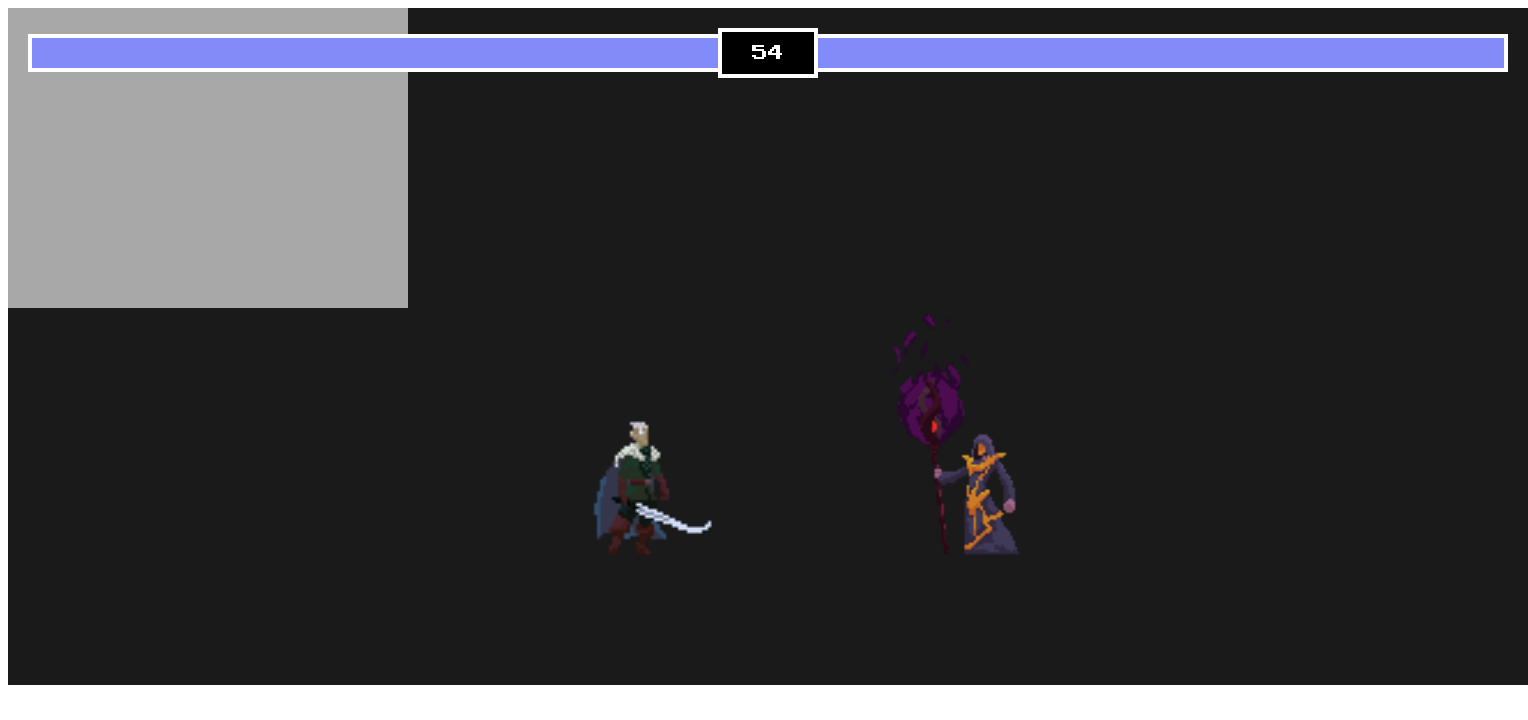
Repository: Gaurav31052/Fighting-game
Page: index.html
The author's editor kept a copy of each file at every save. The page is drawn from the files as they stood at one save, then again after the next save.
The browser window is 1280 px wide. The page is 1528 px wide, so the pictures cover 1528 px, including what lies to the right of the window. The pictures show the whole page.
Some web libraries are served in a nearby version.

Above is the page before, as saved 2024-05-30 22:02:48.

### index.html
<head>
    <link rel="preconnect" href="https://fonts.googleapis.com">
    <link rel="preconnect" href="https://fonts.gstatic.com" crossorigin>
    <link href="https://fonts.googleapis.com/css2?family=Press+Start+2P&display=swap" rel="stylesheet">
    <style>
        * {
            box-sizing: border-box;
            font-family: "Press Start 2P", system-ui;
        }

            @keyframes fadeIn {
                from { opacity: 0; }
                to { opacity: 1; }
            }

    </style>
</head>

<body>
    <!-- red container div -->
    <div style="position: relative; display: inline-block;">
        <!-- smaller red container div -->
        <div style="position: absolute; display: flex; align-items: center; width: 100%; padding: 20px;">
            <!-- player health -->
            <div style="position: relative; width: 100%; display: flex; justify-content: flex-end;
            border-top: 4px solid white;
            border-bottom: 4px solid white;
            border-left: 4px solid white;

            ">
                <div style="background-color: red; height: 30px; width: 100%;"></div>
                <div id="playerHealth"
                    style="position: absolute; background: #818CF8; top: 0; right: 0; bottom: 0; width: 100%;"></div>
            </div>
            <!-- timer -->
            <div id="timer"
                style="background-color: black; width: 100px; height: 50px; flex-shrink: 0; display: flex; align-items: center; justify-content: center; color: white; border: 4px solid white">
                10
            </div>
            <!-- enemy health -->
            <div style="position: relative;  width: 100%; border-top: 4px solid white;
            border-bottom: 4px solid white;
            border-right: 4px solid white;">
                <div style="background-color: red; height: 30px;"></div>
                <div id="enemyHealth"
                    style="position: absolute; background: #818CF8; top: 0; right: 0; bottom: 0; left: 0;"></div>
            </div>
        </div>
        <div id="displayText" style="position: absolute; color: white; display: flex; align-items: center; justify-content: center; top: 0;
        right: 0; left: 0; bottom: 260; font-size: 33px; display: none;">tie</div>
        <div id="displayText2" style="position: absolute; color: white; display: flex; align-items: center; justify-content: center; top: 0;
        right: 0; left: 0; bottom: 160; font-size: 30px; display: none; opacity: 0; animation: fadeIn 5s forwards; "></div>
        <div style="position: absolute; color: white; display: flex; align-items: center; justify-content: center; top: 0;
        right: 0; left: 0; bottom: 160; font-size: 30px; display: none; opacity: 0;  ">
        <div id="displayText3" style="position: absolute; color: white;  align-items: center; justify-content: center; top: 0;
        right: 0; left: 0; bottom: 160; font-size: 30px; display: none; opacity: 0;  "><button onclick=""><img src="./img/replay.png" alt="reply"></button></div>
        </div>
        <canvas id="canvas"></canvas>

    </div>

<!-- <script src="//cdnjs.cloudflare.com/ajax/libs/annyang/2.6.1/annyang.min.js"></script> -->
    <script src="https://cdnjs.cloudflare.com/ajax/libs/gsap/3.9.1/gsap.min.js"
        integrity="sha512-H6cPm97FAsgIKmlBA4s774vqoN24V5gSQL4yBTDOY2su2DeXZVhQPxFK4P6GPdnZqM9fg1G3cMv5wD7e6cFLZQ=="
        crossorigin="anonymous" referrerpolicy="no-referrer"></script>
    <script src="JS/utils.js"></script>
    <script src="JS/classes.js"></script>
    <script src="game.js"></script>

</body>

### JS/utils.js
function rectangularCollision({ rectangle1, rectangle2 }) {
    return (rectangle1.attackBox.position.x + rectangle1.attackBox.width >= rectangle2.position.x && rectangle1.attackBox.position.x <= rectangle2.position.x + rectangle2.width && rectangle1.attackBox.position.y + rectangle1.attackBox.height >= rectangle2.position.y && rectangle1.attackBox.position.y <= rectangle2.position.y + rectangle2.height)
}

function determineWinner({ player, enemy, timerId }) {
    clearTimeout(timerId)
    document.querySelector('#displayText').style.display = 'flex'
    document.querySelector('#displayText2').style.display = 'flex'
    if (player.health === enemy.health) {
        game_sound.pause();
        draw.loop=true;
        draw.play();
        document.querySelector('#displayText').innerHTML = 'Tie'
        document.querySelector('#displayText2').innerHTML = 'Last Fight'
    }
    else if (player.health > enemy.health) {
        game_sound.pause();
        winning.play()
        document.querySelector('#displayText').innerHTML = 'Player-1 Wins!'
        document.querySelector('#displayText2').innerHTML = 'Last Fight'
    }
    else if (player.health < enemy.health) {
        game_sound.pause();
        winning.play()
        document.querySelector('#displayText').innerHTML = 'Player-2 Wins!'
        document.querySelector('#displayText2').innerHTML = 'Last Fight'
    }
}

let timer = 60;
let timerId
function decreaseTimer() {
    if (timer > 0) {
        timerId = setTimeout(decreaseTimer, 1000)
        timer--
        document.querySelector('#timer').innerHTML = timer;
    }
    if (timer == 0) {
        determineWinner({ player, enemy, timerId })
    }
}


var draw =new Audio("./audio/tie_bgm.mp3");
var winning =new Audio("./audio/winning audio.mp3");

### JS/classes.js
class Sprite {
    constructor({ position, imageSrc, scale = 1, frameMax = 1, offset = { x: 0, y: 0 } }) {
        this.position = position;
        this.width = 50
        this.height = 150
        this.image = new Image()
        this.image.src = imageSrc
        this.scale = scale
        this.frameMax = frameMax
        this.frameCurrent = 0
        this.frameElapsed = 0
        this.frameHold = 5
        this.offset = offset
    }
    draw() {

        c.drawImage(this.image, this.frameCurrent * (this.image.width / this.frameMax), 0, this.image.width / this.frameMax, this.image.height,

            this.position.x - this.offset.x, this.position.y - this.offset.y, (this.image.width / this.frameMax) * this.scale, this.image.height * this.scale)
    }

    animateFrame() {
        this.frameElapsed++
        if (this.frameElapsed % this.frameHold === 0) {
            if (this.frameCurrent < this.frameMax - 1) {

                this.frameCurrent++
            }
            else {
                this.frameCurrent = 0
            }
        }
    }

    update() {
        this.draw()
        this.animateFrame()
    }
}




class Fighter extends Sprite {
    constructor({ position, velocity, color = 'red', imageSrc, scale = 1, frameMax = 1, offset = { x: 0, y: 0 }, sprites,attackBox ={offset: {}, width: undefined, height: undefined} }) {
        super({
            position,
            imageSrc,
            frameMax,
            scale,
            offset
        })

        this.velocity = velocity;
        this.width = 50
        this.height = 150
        this.lastkey
        this.attackBox = {
            position: {
                x: this.position.x,
                y: this.position.y
            },
            offset: attackBox.offset,
            width: attackBox.width,
            height: attackBox.height
        }
        this.color = color
        this.isAttacking
        this.health = 100
        this.frameCurrent = 0
        this.frameElapsed = 0
        this.frameHold = 5
        this.sprites =sprites
        this.dead = false

        for(const sprite in this.sprites){
            sprites[sprite].image =new Image()
            sprites[sprite].image.src= sprites[sprite].imageSrc
        }

    }
    // draw() {
    //     c.fillStyle = this.color
    //     c.fillRect(this.position.x, this.position.y, this.width, this.height)

    //     // attack box
    //     if (this.isAttacking) {
    //         c.fillStyle = 'green'
    //         c.fillRect(this.attackBox.position.x, this.attackBox.position.y, this.attackBox.width, this.attackBox.height)
    //     }
    // }
    update() {
        this.draw()
        if(!this.dead)
        this.animateFrame()


// attack boxes
        this.attackBox.position.x = this.position.x + this.attackBox.offset.x
        this.attackBox.position.y = this.position.y + this.attackBox.offset.y

        // draw the attack box
        // c.fillRect(this.attackBox.position.x, this.attackBox.position.y, this.attackBox.width, this.attackBox.height)

        this.position.y += this.velocity.y
        this.position.x += this.velocity.x

        //gravity function
        if (this.position.y + this.height + this.velocity.y >= canvas.height-200) {
            this.velocity.y = 0
            this.position.y = 400
        }
        else {
            this.velocity.y += gravity
        }

    }
    attack() {
        this.switchSprite('attack1')
        this.isAttacking = true

    }

    takeHit(){
        this.health -= 5

        if(this.health <= 0){
            this.switchSprite('death')
        }
        else{
            this.switchSprite('takeHit')
        }
    }

    switchSprite(sprite){
        if(this.image === this.sprites.death.image) {
            if(this.frameCurrent=== this.sprites.death.frameMax-1) this.dead = true
            return}
        // overriding all other animations with the attack animations
        if(this.image === this.sprites.attack1.image && this.frameCurrent < this.sprites.attack1.frameMax -1) return

        // override when fighter gets hit
        if(this.image === this.sprites.takeHit.image && this.frameCurrent < this.sprites.takeHit.frameMax -1) return

        switch (sprite) {
            case 'idle':
                if(this.image!= this.sprites.idle.image){
                this.image=this.sprites.idle.image
                this.frameMax = this.sprites.idle.frameMax
                this.frameCurrent = 0
        }
                break;
            case 'run':
            if(this.image!= this.sprites.run.image){
            this.image=this.sprites.run.image
            this.frameMax = this.sprites.run.frameMax
            this.frameCurrent = 0
        }
                break;
            case 'jump':
                if(this.image!= this.sprites.jump.image){
                this.image =this.sprites.jump.image
                this.frameMax = this.sprites.jump.frameMax
                this.frameCurrent = 0
                }
                break;
            case 'fall':
                if(this.image!= this.sprites.fall.image){
                this.image =this.sprites.fall.image
                this.frameMax = this.sprites.fall.frameMax
                this.frameCurrent = 0
                }
                break;
            case 'attack1':
                if(this.image!= this.sprites.attack1.image){
                this.image =this.sprites.attack1.image
                this.frameMax = this.sprites.attack1.frameMax
                this.frameCurrent = 0
                }
                break;
            case 'takeHit':
                if(this.image!= this.sprites.takeHit.image){
                this.image =this.sprites.takeHit.image
                this.frameMax = this.sprites.takeHit.frameMax
                this.frameCurrent = 0
                }
                break;
            case 'death':
                if(this.image!= this.sprites.death.image){
                this.image =this.sprites.death.image
                this.frameMax = this.sprites.death.frameMax
                this.frameCurrent = 0
                }

                break;

        }
    }
}

### game.js
const canvas = document.getElementById('canvas');
const c = canvas.getContext('2d');

canvas.width = 1520
// canvas.width = window. innerWidth;
canvas.height = 677
// canvas.height = window. innerHeight;

c.fillRect(0, 0, canvas.width, canvas.height)

const gravity = 2.9


const background = new Sprite({
    position: {
        x: 0,
        y: 0,

    },
    // imageSrc: './img/background5.jpg'
    imageSrc: localStorage.getItem(1)


})





// const shop = new Sprite({
//     position: {
//         x: 600,
//         y: 128
//     },
//     imageSrc: './img/shop.png',
//     scale: 2.75,
//     frameMax: 6
// })


const player = new Fighter({
    position: {
        x: 600,
        y: 0
    },
    velocity: {
        x: 0,
        y: 0
    },
    offset: {
        x: 0,
        y: 0
    },
    imageSrc: './img/samuraiMack/Idle.png',

    frameMax: 10,
    scale:3,
    offset: {
        x:215,
        y:157
    },

    sprites:{
        idle: {
            imageSrc: './img/samuraiMack/Idle.png',
            frameMax: 10
        },
        run:{
            imageSrc: './img/samuraiMack/Run.png',
            frameMax: 8

        },
        jump:{
            imageSrc: './img/samuraiMack/Jump.png',
            frameMax: 3

        },
        fall:{
            imageSrc: './img/samuraiMack/Fall.png',
            frameMax: 3
        },
        attack1:{
            imageSrc: './img/samuraiMack/Attack1.png',
            frameMax: 7
        },
        takeHit:{
            imageSrc: './img/samuraiMack/Take hit.png',
            frameMax: 3
        },
        death:{
            imageSrc: './img/samuraiMack/Death.png',
            frameMax: 7
        }

    },
    attackBox:{
        offset:{
            x:90,
            y:50
        },
        width:70,
        height:50
    }
})




const enemy = new Fighter({
    position: {
        x: 900,
        y: 100
    },
    velocity: {
        x: 0,
        y: 0
    },
    color: 'blue',
    offset: {
        x: -50,
        y: 0
    },
    imageSrc: './img/kenji/Idle.png',
    frameMax: 8,
    scale:2.3,
    offset: {
        x:215,
        y:238
    },

    sprites:{
        idle: {
            imageSrc: './img/kenji/Idle.png',

            frameMax: 8
        },
        run:{
            imageSrc: './img/kenji/Run.png',
            frameMax: 8

        },
        jump:{
            imageSrc: './img/kenji/Jump.png',
            frameMax: 2

        },
        fall:{
            imageSrc: './img/kenji/Fall.png',
            frameMax: 2
        },
        attack1:{
            imageSrc: './img/kenji/Attack1.png',
            frameMax: 8
        },
        takeHit:{
            imageSrc:'./img/kenji/Take hit.png',
            frameMax: 3
        },
        death:{
            imageSrc: './img/kenji/Death.png',
            frameMax: 7
        }


    },
    attackBox:{
        offset:{
            x:-140,
            y:50
        },
        width:130,
        height:50
    }
})

// console.log(player)

const key = {
    a: {
        pressed: false
    },
    d: {
        pressed: false
    },
    ArrowRight: {
        pressed: false
    },
    ArrowLeft: {
        pressed: false
    }
}


decreaseTimer()


function animate() {
    window.requestAnimationFrame(animate)
    c.fillStyle = 'black'
    c.fillRect(0, 0, canvas.width, canvas.height)
    background.update()
    // shop.update()
    c.fillStyle ='rgba(255,255,255,0.1)'
    c.fillRect(0,0, canvas.width, canvas.height)
    player.update()
    enemy.update()
    player.velocity.x = 0
    enemy.velocity.x = 0

    // player movement

    if (key.a.pressed && player.lastkey === 'a') {
        player.velocity.x = -5
        player.switchSprite('run')
    }
    else if (key.d.pressed && player.lastkey === 'd') {
        player.velocity.x = 5
        player.switchSprite('run')
    }
    else{
        player.switchSprite('idle')
    }

    //jumping player
    if(player.velocity.y<0){
       player.switchSprite('jump')
    }
    else if(player.velocity.y>0){
        player.switchSprite('fall')
    }



    // enemy movement
    if (key.ArrowLeft.pressed && enemy.lastkey === 'ArrowLeft') {
        enemy.velocity.x = -5
        enemy.switchSprite('run')
    }
    else if (key.ArrowRight.pressed && enemy.lastkey === 'ArrowRight') {
        enemy.velocity.x = 5
        enemy.switchSprite('run')
    }
    else{
        enemy.switchSprite('idle')
    }
     //jumping enemy
     if(enemy.velocity.y<0){
        enemy.switchSprite('jump')
     }
     else if(enemy.velocity.y>0){
         enemy.switchSprite('fall')
     }

    // detect for collision & enemy get hit
    if (rectangularCollision({ rectangle1: player, rectangle2: enemy }) && player.isAttacking && player.frameCurrent===4) {
        enemy.takeHit()
        enemy_take_hit.volume=0.2
        enemy_take_hit.play()
        player.isAttacking = false

        // document.querySelector('#enemyHealth').style.width = enemy.health + '%'
        gsap.to('#enemyHealth',{
            width:enemy.health + '%'
        })
    }

    // if player misses
    if(player.isAttacking && player.frameCurrent === 4){
        player.isAttacking = false
    }

    // this is where our player hit
    if (rectangularCollision({ rectangle1: enemy, rectangle2: player }) && enemy.isAttacking && enemy.frameCurrent === 2) {
        player.takeHit()
        player_take_hit.volume=0.2
        player_take_hit.play();
        enemy.isAttacking = false
        // console.log('enemy is Attacking')
        // document.querySelector('#playerHealth').style.width = player.health + '%'
        gsap.to('#playerHealth',{
            width:player.health + '%'
        })
    }

     // if enemy misses
     if(enemy.isAttacking && enemy.frameCurrent === 2){
        enemy.isAttacking = false
    }
    // end game based on health
    if (enemy.health <= 0 || player.health <= 0) {
        determineWinner({ player, enemy, timerId })
    }
}

animate()


window.addEventListener('keydown', (event) => {
    if(!player.dead){


    switch (event.key) {
        case 'd':
            key.d.pressed = true
            player.lastkey = 'd'
            break
        case 'a':
            key.a.pressed = true
            player.lastkey = 'a'
            break
        case 'w':
            player.velocity.y = -38
            break
        case ' ':
            player.attack()
            sword.play();
            break

        }
    }

    if(!enemy.dead){

switch(event.key){
    case 'ArrowRight':
            key.ArrowRight.pressed = true
            enemy.lastkey = 'ArrowRight'
            break
        case 'ArrowLeft':
            key.ArrowLeft.pressed = true
            enemy.lastkey = 'ArrowLeft'
            break
        case 'ArrowUp':
            enemy.velocity.y = -38
            break
        case 'ArrowDown':
            enemy.attack()
            woo1.play();
            break
}

}

})
window.addEventListener('keyup', (event) => {
    switch (event.key) {
        case 'd':
            key.d.pressed = false
            break
        case 'a':
            key.a.pressed = false
            break

    }

    // enemy key
    switch (event.key) {
        case 'ArrowRight':
            key.ArrowRight.pressed = false
            break
        case 'ArrowLeft':
            key.ArrowLeft.pressed = false
            break

    }
})





// voice command

// if(annyang){
//     var commands={
//         // 'forward': function(){alert('helloooo');}
//         'forward': function(){ key.d.pressed = true
//             player.lastkey = 'd'
//         setTimeout(()=>{
//             key.d.pressed = false
//             annyang.start()
//         },500)
//         },
//         'stop': function(){ key.d.pressed = false
//             player.lastkey = 'd' },
//         'back': function(){key.a.pressed = true
//             player.lastkey = 'a'
//             setTimeout(()=>{
//                 key.a.pressed = false
//                 annyang.start()
//             },500)},
//         'jump': function(){player.velocity.y = -38
//             annyang.start()},
//         'attack': function(){ player.attack()
//             annyang.start()}
//     };
//     annyang.addCommands(commands);
//     annyang.start();
// }


//Sound Effect
var sword =new Audio("./audio/sword sound.mp4");
var player_take_hit =new Audio("./audio/grunt_1.mp3");
var enemy_take_hit =new Audio("./audio/grunt_2.mp3");
var woo1 =new Audio("./audio/woo1.mp3");
var fight = new Audio("./audio/fight-deep-voice.mp3");
fight.play();
// draw_music.play();
var game_sound =new Audio("./audio/game_bgm.mp3");
game_sound.loop=true;
game_sound.volume=0.3;
game_sound.play();

After the next save:
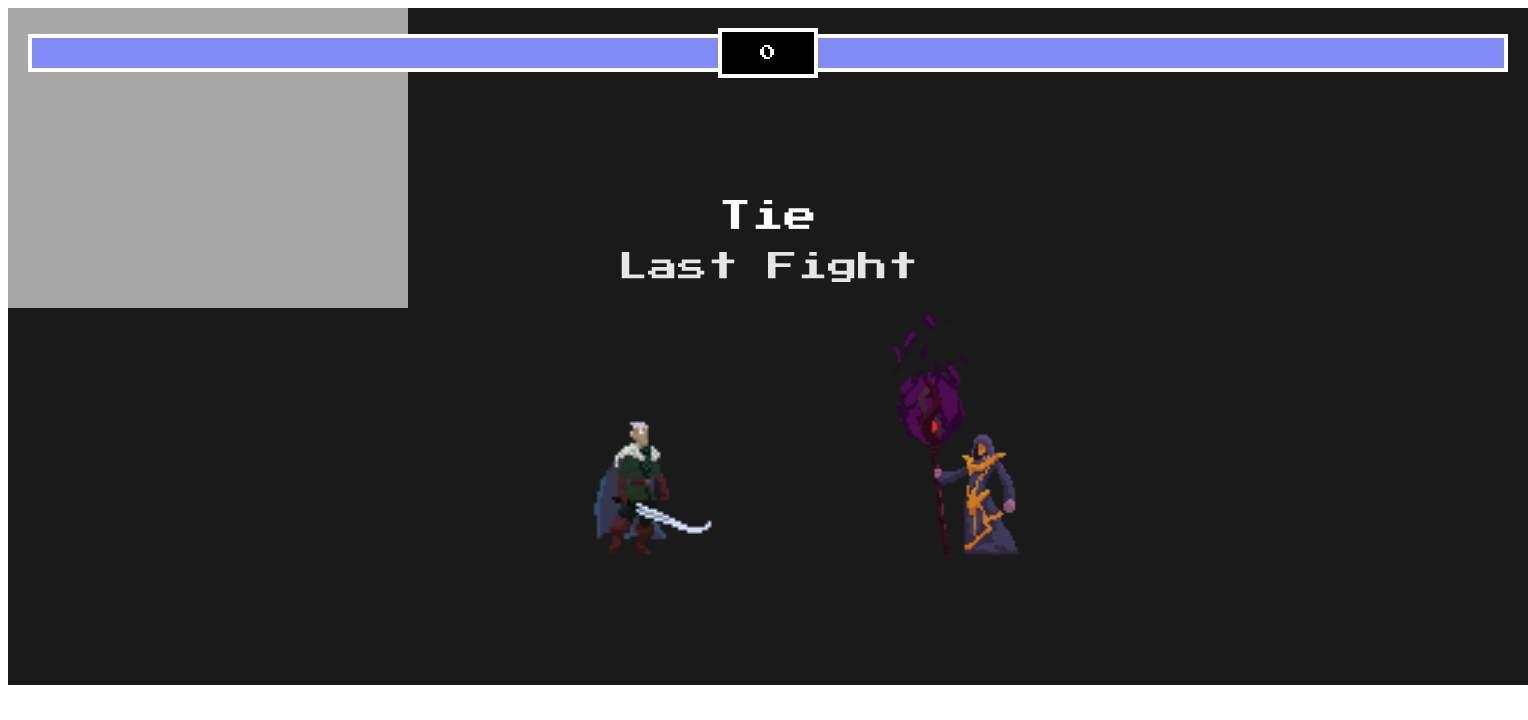
Saved 46 s later.
--- a/JS/utils.js
+++ b/JS/utils.js
@@ -27,7 +27,7 @@ function determineWinner({ player, enemy, timerId }) {
     }
 }
 
-let timer = 60;
+let timer = 3;
 let timerId
 function decreaseTimer() {
     if (timer > 0) {
